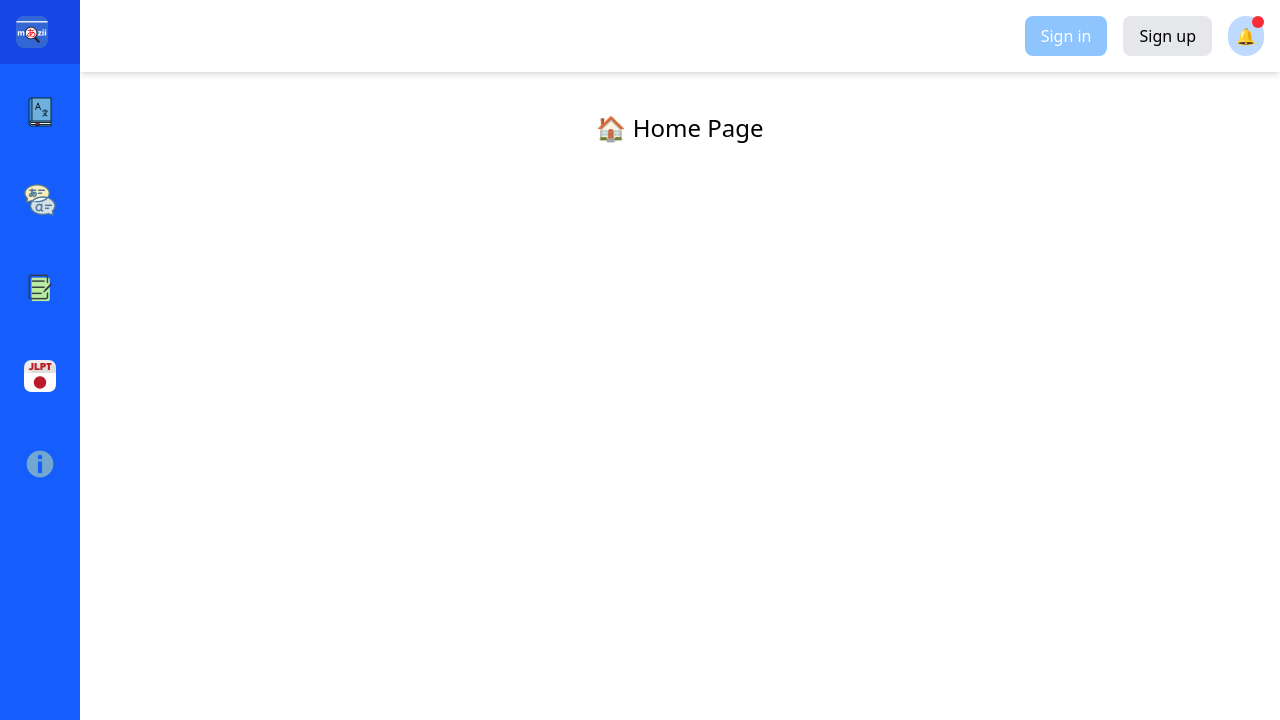
Repository: reminzuetto/JapaneseTranslationApp
Page: /
The author's editor kept a copy of each file at every save. The page is drawn from the files as they stood at one save, then again after the next save.
The browser window is 1280 px wide. The pictures show the whole page.
The project was rebuilt for these pictures with package versions that can differ from the ones it lists, and the page was loaded fresh each time. Also part of the build but not shown: vite.config.js, src/components/Header/NotificationItem.jsx, src/pages/SignIn.jsx, src/pages/Signup.jsx.

Above is the page before, as saved 2025-03-11 23:54:57.

### src/App.jsx
import React from "react";
import { BrowserRouter as Router, Routes, Route } from "react-router-dom";
import Header from "./components/Header/Header";
import Home from "./pages/Home";
import Sidebar from "./components/SideBar/SideBar";
import SignIn from "./pages/SignIn";
import SignUp from "./pages/Signup";

function App() {
  return (
    <Router>
      <div className="flex">
        <Sidebar />
        <div className="flex-1 pl-20">
          <Header />
          <Routes>
            <Route path="/" element={<Home />} />
            <Route path="/signin" element={<SignIn />} />
            <Route path="/signup" element={<SignUp />} />
          </Routes>
        </div>
      </div>
    </Router>
  );
}

export default App;

### src/components/Header/Header.jsx
import React, { useState } from "react";
import useClickOutside from "../../hooks/useClickOutside";
import notificationsData from "/src/Data.js";
import NotificationItem from "../Header/NotificationItem";

const Header = () => {
  const { show, setShow, nodeRef } = useClickOutside();
  const [notifications, setNotifications] = useState(notificationsData);

  const markAsSeen = (id) => {
    setNotifications((prev) =>
      prev.map((item) => (item.id === id ? { ...item, seen: true } : item))
    );
  };

  return (
    <header className="flex items-center justify-end p-4 bg-white shadow-md">
      {/* <div className="text-xl font-bold">MyApp</div> */}

      <div className="flex items-center gap-4">
        <button className="px-4 py-2 text-white bg-blue-300 rounded-lg hover:bg-blue-500">
          Sign in
        </button>
        <button className="px-4 py-2 text-blue bg-gray-200 rounded-lg hover:bg-blue-500 hover:text-white">
          Sign up
        </button>
        <div className="relative" ref={nodeRef}>
          <div
            className="relative p-2 rounded-full bg-blue-200 hover:bg-blue-400 cursor-pointer"
            onClick={() => setShow(!show)}
          >
            🔔
            {notifications.some((item) => !item.seen) && (
              <span className="absolute top-0 right-0 w-3 h-3 bg-red-500 rounded-full"></span>
            )}
          </div>

          {show && (
            <div className="absolute top-full -left-2 min-w-[250px] translate-x-[-100%] mt-2 bg-white shadow-lg rounded-lg border border-gray-200">
              {notifications.length > 0 ? (
                notifications.map((item) => (
                  <NotificationItem
                    key={item.id}
                    id={item.id}
                    title={item.title}
                    time={item.time}
                    seen={item.seen}
                    onMarkAsSeen={markAsSeen}
                  />
                ))
              ) : (
                <div className="p-4 text-center text-gray-400">
                  Không có thông báo mới
                </div>
              )}
            </div>
          )}
        </div>
      </div>
    </header>
  );
};

export default Header;

### src/pages/Home.jsx
import React from "react";

const Home = () => {
  return <h1 className="text-2xl text-center mt-10">🏠 Home Page</h1>;
};

export default Home;

### src/components/SideBar/SideBar.jsx
import React from "react";

const SidebarItem = ({ src, text }) => (
  <li className="w-full">
    <a
      className="flex items-center h-20 text-gray-200 no-underline transition duration-500 hover:bg-blue-700 hover:text-white hover:shadow-lg hover:font-bold hover:rounded-lg hover:ml-3 hover:mr-3"
      href=""
    >
      <img className="w-8 min-w-8 mx-6" src={src} alt={text} />
      <span className="hidden group-hover:block ml-4">{text}</span>
    </a>
  </li>
);

const SideBar = () => {
  const menuItems = [
    { src: "/src/assets/SearchIcon.png", text: "Search" },
    { src: "/src/assets/TranslateIcon.png", text: "Translate" },
    { src: "/src/assets/CollectionIcon.png", text: "Collection" },
    { src: "/src/assets/JLPTIcon.png", text: "JLPT" },
    { src: "/src/assets/AboutIcon.jpg", text: "About us" },
  ];

  return (
    <nav className="w-20 h-screen fixed z-10 bg-blue-600 transition-all duration-200 hover:w-64 group">
      <ul className="flex flex-col items-center space-y-2">
        <li className="w-full text-center py-4 bg-blue-700 font-bold uppercase text-white text-2xl">
          <a className="flex items-center justify-center space-x-4" href="">
            <img
              className="w-8 h-8 rounded-lg transition-transform duration-600 group-hover:rotate-[-360deg]"
              src="/src/assets/MaziiLogo.png"
              alt="Mazii logo"
            />
            <span className="hidden group-hover:block">Mazzi</span>
          </a>
        </li>
        {menuItems.map((item, index) => (
          <SidebarItem key={index} src={item.src} text={item.text} />
        ))}
      </ul>
    </nav>
  );
};

export default SideBar;

### src/hooks/useClickOutside.jsx
import { useEffect, useRef, useState } from "react";

export default function useClickOutside(dom = "button") {
  const [show, setShow] = useState(false);
  const nodeRef = useRef(null);
  useEffect(() => {
    const handleClickOutside = (event) => {
      if (
        nodeRef.current &&
        !nodeRef.current.contains(event.target) &&
        !event.target.matches(dom)
      ) {
        setShow(false);
      }
    };
    document.addEventListener("click", handleClickOutside);
    return () => {
      document.removeEventListener("click", handleClickOutside);
    };
  }, []);

  return {
    show,
    setShow,
    nodeRef,
  };
}

### src/Data.js
const notificationsData = [
  {
    id: 1,
    title: "JavaScript Update",
    content: "Phiên bản mới của JavaScript đã được phát hành.",
    time: "10 phút trước",
    seen: false,
  },
  {
    id: 2,
    title: "ReactJS Tips",
    content: "Học cách tối ưu hóa hiệu suất trong ReactJS.",
    time: "30 phút trước",
    seen: true,
  },
  {
    id: 3,
    title: "VueJS News",
    content: "Vue 3 đang ngày càng phổ biến hơn!",
    time: "1 giờ trước",
    seen: false,
  },
  {
    id: 4,
    title: "Next.js Guide",
    content: "Làm thế nào để sử dụng Server Actions hiệu quả?",
    time: "3 giờ trước",
    seen: true,
  },
  {
    id: 5,
    title: "PostgreSQL Tips",
    content: "Cách tối ưu truy vấn SQL cho tốc độ nhanh hơn.",
    time: "5 giờ trước",
    seen: false,
  },
];

export default notificationsData;

Loaded but not shown: index.html (common file); src/main.jsx (common file); src/index.css (common file)

After the next save:
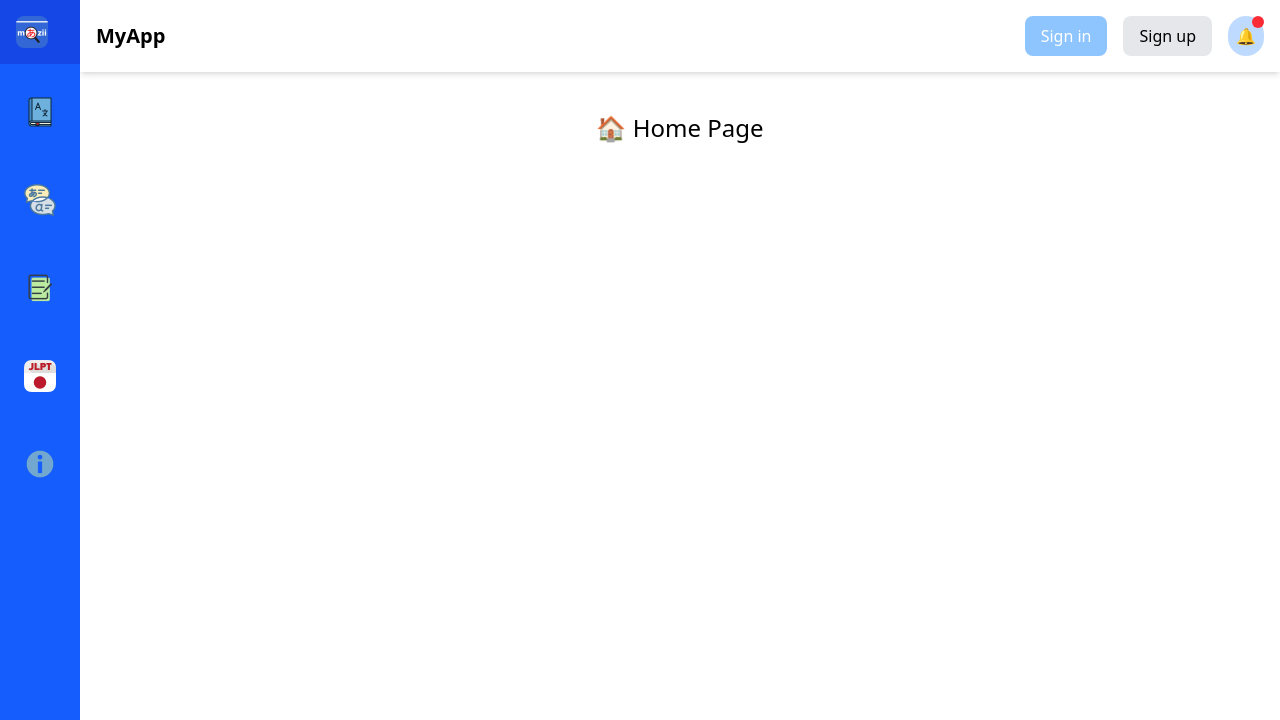
Saved 29 s later.
--- a/src/components/Header/Header.jsx
+++ b/src/components/Header/Header.jsx
@@ -14,8 +14,8 @@
   };
 
   return (
-    <header className="flex items-center justify-end p-4 bg-white shadow-md">
-      {/* <div className="text-xl font-bold">MyApp</div> */}
+    <header className="flex items-center justify-between p-4 bg-white shadow-md">
+      <div className="text-xl font-bold">MyApp</div>
 
       <div className="flex items-center gap-4">
         <button className="px-4 py-2 text-white bg-blue-300 rounded-lg hover:bg-blue-500">
